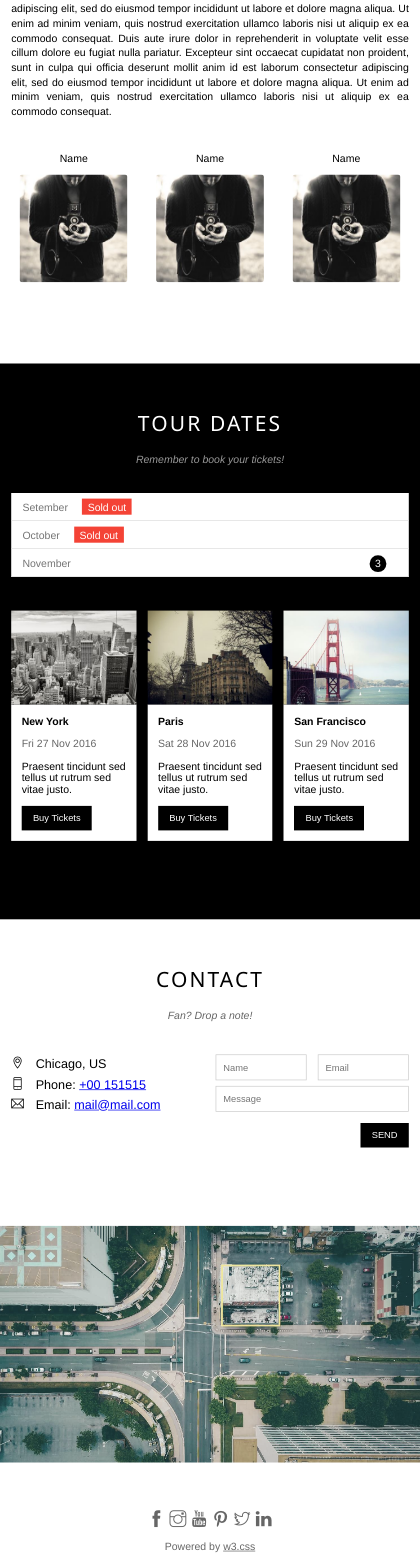
Repository: Lehau79/w3_band
Page: index.html
The author's editor kept a copy of each file at every save. The page is drawn from the files as they stood at one save, then again after the next save.
The browser window is 600 px wide. The pictures show the part of the page from y = 525 to 2765 px (the page is 2807 px tall before and 2760 px after), at 70% of full size.

Above is the page before, as saved 2021-11-21 16:45:35.

### index.html
<!DOCTYPE html>
<html lang="en">
<head>
    <meta charset="UTF-8">
    <meta http-equiv="X-UA-Compatible" content="IE=edge">
    <meta name="viewport" content="width=device-width, initial-scale=1.0">
    <title>THE BAND</title>
    <link rel="icon" href="#" type="image/x-icon" />
    <link rel="stylesheet" href="./assets/css/style.css">
    <link rel="stylesheet" href="./assets/css/responsive.css">
    <link rel="stylesheet" href="/assets/font/themify-icons/themify-icons.css">
</head>
<body>
    <div id="main">
        <div id="header">
            <!-- Beign: Nav -->
            <ul id="nav">
                <li><a href="#">Home</a></li>
                <li><a href="#band">Band</a></li>
                <li><a href="#tour">Tour</a></li>
                <li><a href="#contain">Contact</a></li>
                <li>
                    <a href="#">
                        More
                    <i class="nav-arrow-down ti-angle-down"></i>
                    </a>
                    <ul class="subnav">
                        <li><a href="#">Merchandise</a></li>
                        <li><a href="#">Extras</a></li>
                        <li><a href="#">Media</a></li>
                    </ul>
                </li>
            </ul>
            <!-- End: Nav -->

            <!-- Begin: Search button -->
                <div class="search-btn">
                    <i class="search-icon ti-search"></i>
                </div>
            <!-- End: Search button -->

            <!-- Begin: Mobile-menu-btn -->
            <div id="mobile-menu" class="mobile-menu-btn">
                <i class="menu-icon ti-menu"></i>
            </div>
            <!-- End: Mobile-menu-btn -->

        </div>
            <!-- Begin: Slider-->
        <div id="slider">
            <div class="text-content">
                <h2 class="text-heading">Chicago</h2>
                <div class="text-description">Thank you, Chicago - A night we won't forget.</div>
            </div>
        </div>
            <!-- End: Slider -->

            <!-- Begin: Content-->
        <div id="content">

            <!-- Begin: TheBand Section-->
            <div class="content-section" id="band">
                <h2 class="content-heading">THE BAND</h2>
                <p class="content-sub-heading">We love music</p>
                <p class="about-text">We have created a fictional band website. Lorem ipsum dolor sit amet, consectetur adipiscing elit, sed do eiusmod tempor incididunt ut labore et dolore magna aliqua. Ut enim ad minim veniam, quis nostrud exercitation ullamco laboris nisi ut aliquip ex ea commodo consequat. Duis aute irure dolor in reprehenderit in voluptate velit esse cillum dolore eu fugiat nulla pariatur. Excepteur sint occaecat cupidatat non proident, sunt in culpa qui officia deserunt mollit anim id est laborum consectetur adipiscing elit, sed do eiusmod tempor incididunt ut labore et dolore magna aliqua. Ut enim ad minim veniam, quis nostrud exercitation ullamco laboris nisi ut aliquip ex ea commodo consequat.</p>
                <div class="row members-list">
                    <div class="col col-third s-col-full mt-32 text-center">
                        <p class="member-name">Name</p>
                        <img src="./assets/images/Band/Member1.jpg" alt="LVH" class="member-img">
                    </div>
                    <div class="col col-third s-col-full mt-32 text-center">
                        <p class="member-name">Name</p>
                        <img src="./assets/images/Band/Member1.jpg" alt="LVH" class="member-img">
                    </div>
                    <div class="col col-third s-col-full mt-32 text-center">
                        <p class="member-name">Name</p>
                        <img src="./assets/images/Band/Member1.jpg" alt="LVH" class="member-img">
                    </div>
                </div>
            </div>
            <!--End: TheBand Section-->

            <!-- Begin: Tour Section-->
            <div class="tour-section" id="tour">
                <div class="content-section">
                    <h2 class="content-heading text-white">TOUR DATES</h2>
                    <p class="content-sub-heading text-white">Remember to book your tickets!</p>

                    <ul class="tickets-list">
                        <li>Setember <span class="sold-out">Sold out</span></li>
                        <li>October <span class="sold-out">Sold out</span></li>
                        <li>November <span class="sold-quatity">3</span></li>
                    </ul>

                    <!--Begin :Tour Places Section-->
                    <div class="row place-list">
                        <div class="col col-third s-col-full mt-16">
                            <img src="./assets/images/Places/Place1.jpg" alt="New York" class="place-img">
                            <div class="place-body">
                                <h3 class="place-heading">New York</h3>
                                <p class="place-time">Fri 27 Nov 2016</p>
                                <p class="place-desc">Praesent tincidunt sed tellus ut rutrum sed vitae justo.</p>
                                <button class="btn s-full-width js-buy-ticket">Buy Tickets</button>
                            </div>
                        </div>

                        <div class="col col-third s-col-full mt-16">
                            <img src="./assets/images/Places/Place2.jpg" alt="New York" class="place-img">
                            <div class="place-body">
                                <h3 class="place-heading">Paris</h3>
                                <p class="place-time">Sat 28 Nov 2016</p>
                                <p class="place-desc">Praesent tincidunt sed tellus ut rutrum sed vitae justo.</p>
                                <button class="btn s-full-width js-buy-ticket">Buy Tickets</button>
                            </div>
                        </div>

                        <div class="col col-third s-col-full mt-16">
                            <img src="./assets/images/Places/place3.jpg" alt="New York" class="place-img">
                            <div class="place-body">
                                <h3 class="place-heading">San Francisco</h3>
                                <p class="place-time">Sun 29 Nov 2016</p>
                                <p class="place-desc">Praesent tincidunt sed tellus ut rutrum sed vitae justo.</p>
                                <button class="btn s-full-width js-buy-ticket">Buy Tickets</button>
                            </div>
                        </div>


                    </div>
                    <!--End: Tour Places Section-->
                </div>
            </div>
            <!-- End: Tour Place Section-->


            <!-- Begin: Contact Section-->
            <div class="content-section" id="contain" >
                <h2 class="content-heading">CONTACT</h2>
                <p class="content-sub-heading">Fan? Drop a note!</p>

                <div class="row  contact-content">
                    <div class="col col-half s-col-full contact-info">
                        <p><i class="ti-location-pin"></i> Chicago, US</p>
                        <p><i class="ti-mobile"></i>  Phone: <a href="tel:+00 151515">+00 151515</a></p>
                        <p><i class="ti-email"></i> Email: <a href="mailto:mail@mail.com">mail@mail.com</a></p>

                    </div>
                    <div class="col col-half s-col-full contact-form">
                        <form action="">
                            <div class="row">
                                <div class="col col-half s-col-full">
                                    <input type="text" name="" id="" required class="form-control" placeholder="Name">
                                </div>
                                <div class="col col-half s-col-full s-mt-8">
                                    <input type="email" name="" id="" required class="form-control" placeholder="Email">
                                </div>
                            </div>
                            <div class="row mt-8">
                                <div class="col col-full">
                                    <input type="text" name="" id="" required class="form-control" placeholder="Message">
                                </div>
                            </div>
                            <input class="btn s-full-width mt-16 pull-right" type="submit" value="SEND" />
                        </form>
                    </div>
            </div>
            </div>
            <!-- End: Contact Section-->

            <div class="image-section">
                <img src="./assets/images/Map/map.jpg" alt="Map">
            </div>
        </div>
        <!-- End: Content Section-->

        <!-- Begin: Footer-->
        <div id="footer">
            <div class="socials-list">
                <a href=""><i class="ti-facebook"></i></a>
                <a href=""><i class="ti-instagram"></i></a>
                <a href=""><i class="ti-youtube"></i></a>
                <a href=""><i class="ti-pinterest"></i></a>
                <a href=""><i class="ti-twitter"></i></a>
                <a href=""><i class="ti-linkedin"></i></a>
            </div>
            <p class="copyright">Powered by <a href="">w3.css</a></p>
        </div>
        <!--End :Footer-->
    </div>

    <div class="modal js-modal">
        <div class="modal-container js-modal-container">
            <div class="modal-close js-modal-close">
                <i class="ti-close"></i>
            </div>
            <header class="modal-header">
                <i class="modal-heading-icon ti-bag"></i>
                Tickets
            </header>
            <div class="modal-body">
                <label for="ticket-quality" class="modal-label">
                    <i class="ti-shopping-cart"></i>
                    Tickets, $15 per person
                </label>
                <input type="text"  id="ticket-quality" class="modal-input" placeholder="How many?">

                <label for="ticket-email" class="modal-label">
                    <i class="ti-user"></i>
                    Send to
                </label>
                <input type="email"  id="ticket-email" class="modal-input" placeholder="Enter email ......">

                <button class="buy-tickets">
                    Pay <i class="ti-check"></i>
                </button>
            </div>
            <footer class="modal-footer">
                <p class="modal-help">Need
                    <a href="#">help?</a>
                </p>
            </footer>
        </div>
    </div>
    <script>
        /* Begin: Modal */
        const buyBtns = document.querySelectorAll('.js-buy-ticket')
        const modal = document.querySelector('.js-modal')
        const modalClose = document.querySelector('.js-modal-close')
        const modalContainer = document.querySelector('.js-modal-container')
        function showBuyTickets() {
            modal.classList.add('open')
        }

        function hideBuyTickes() {
            modal.classList.remove('open')
        }

        for(const buyBtn of buyBtns) {
            buyBtn.addEventListener('click',showBuyTickets)
        }

        modalClose.addEventListener('click',hideBuyTickes)

        modal.addEventListener('click',hideBuyTickes)

        modalContainer.addEventListener('click', function (event) {
            event.stopPropagation()
        })
        /* End: Modal */

        /* Đóng mở Mobile Menu */
        var header = document.getElementById('header')
        var mobileMenu = document.getElementById('mobile-menu')
        var headerHeight = header.clientHeight;

        mobileMenu.onclick = function() {
            var isClosed = header.clientHeight === headerHeight ;
            if (isClosed){
                header.style.height = "auto";
            }   else {
                header.style.height = null;
            }
        }

        /* Tự động đóng khi chọn menu */
        var menuItems = document.querySelectorAll('#nav li a[href*="#"]');
        for(var i = 0 ; i < menuItems.length; i++) {
            var menuItem = menuItems[i];

            menuItem.onclick = function(event) {
                var isParentMenu = this.nextElementSibling && this.nextElementSibling.classList.contains('subnav');
                if(isParentMenu){
                    event.preventDefault();
                } else {
                    header.style.height= null;
                }

            }
        }

    </script>
</body>
</html>

### assets/css/style.css
* {
    padding: 0;
    margin: 0;
    box-sizing: border-box;
}

html {
    scroll-behavior: smooth;
    font-family: Helvetica, Arial, sans-serif;
}

/* Common */
.clear {
    clear: both;
}

.text-white {
    color: #fff !important;
}

.text-center {
    text-align: center !important;
}

.pull-right {
    float: right !important;
}

.btn {
    color: #fff;
    background-color: #000;
    padding: 10px 16px;
    text-decoration: none;
    display: inline-block;
    margin-top: 15px;
    border: none;
}

.btn:hover {
    color: #000;
    background-color: #ccc;
    cursor: pointer;
}

.row {
    margin-left: -8px;
    margin-right: -8px;
}

.row::after {
    content: "";
    display: block;
    clear: both;
}
.col {
    float: left;
    padding-left: 8px;
    padding-right: 8px;
}

.col-third {
    width: 33.3333%;
}

.col-half {
    width: 50%;
}

.col-full {
    width: 100%;
}

.mt-8 {
    margin-top: 8px !important;
}
.mt-16 {
    margin-top: 16px !important;
}

/* Main */

#header {
    height: 46px;
    background-color: #000;
    position: fixed;
    top: 0px;
    left: 0px;
    right: 0px;
    z-index: 1;
    overflow: hidden;
}

#nav {
    display: inline-block;
}

#nav , .subnav {
    list-style-type: none;
}

#nav > li {
    display: inline-block;
}
#nav li {
    position: relative;
}
#nav > li > a {
    color: #fff;
    text-transform: uppercase;
}
#nav li a {
    text-decoration: none;
    line-height: 46px;
    padding: 0 24px;
    display: block;
}

#nav li:hover .subnav {
    display: block;
}

#nav > li:hover > a,
#nav .subnav li:hover a {
    color: #000;
    background-color: #ccc;
}

#nav .subnav {
    display: none;
    position: absolute;
    min-width: 160px;
    background-color: #fff;
    top: 100%;
    box-shadow: 0px 0px 10px rgba(0 ,0,0,0.5);
}

#nav .subnav a {
    color: #000;
    padding: 0 12px;
    line-height: 38px;
}
#nav .nav-arrow-down {
    font-size: 14px;
}

#header .mobile-menu-btn {
    position: absolute;
    top: 0;
    right: 0;
    display: none;
}

#header .mobile-menu-btn,
#header .search-btn {
    float: right;
    padding: 0px 21px;
}

#header .search-btn:hover {
    cursor: pointer;
    background-color: #f44336;
}

#header .mobile-menu-btn:hover {
    background-color: #ccc;
}

#header .mobile-menu-btn:hover .menu-icon {
    color: #000;
}

#header .menu-icon,
#header .search-icon {
    color: #fff;
    font-size: 20px;
    line-height: 46px;
}

#slider {
    margin-top: 46px;
    padding-top: 50%;
    background: url('/assets/images/Slider/Slider1.jpg') top center / cover no-repeat;
    position: relative;
}

#slider .text-content {
    position: absolute;
    color: #fff;
    bottom: 47px;
    /** Cach 1 : Canh giua
    width: 100%;
    */
    /** Cach 2 : Canh giua
    left: 0;
    right: 0;
     */
    /** Cach 3: Canh giua */
    left: 50%;
    transform: translateX(-50%);
    text-align: center;
}

#slider .text-heading {
    font-weight: 500;
    font-size: 24px;
}

#slider .text-description {
    font-size: 15px;
    margin-top: 25px;

}


#content .content-section{
    width: 800px;
    max-width: 100%;
    padding: 64px 0px 112px;
    margin-left: auto;
    margin-right: auto;
    padding-left: 16px;
    padding-right: 16px;
}
#content .content-heading{
    text-align: center;
    font-size: 30px;
    font-weight: 400;
    letter-spacing: 3px;
    font-family: 'Segoe UI', Arial,sans-serif;
}
#content .content-sub-heading{
    text-align: center;
    margin-top: 23px;
    opacity: 0.6;
    font-style: italic;
    font-size: 15px;
}
#content .about-text{
    text-align:justify;
    margin: 15px 0px;
    font-size: 15px;
    line-height: 1.4;
}

#content .members-list{
    margin-top: 48px;
}


#content .member-name{
    font-size: 15px;
}

#content .member-img{
    margin-top: 15px;
    width: 154px;
    border-radius: 4px;
}

/** Tour */
.tour-section {
    background-color: #000;
}

.tickets-list {
    margin-top: 40px;
    background-color: #fff;
    font-size: 15px;
}

.tickets-list li {
    padding: 8px 16px;
    color: #757575;
    list-style: none;
    padding: 11px 16px;
    border-bottom: 1px solid #ddd;
}

.tickets-list .sold-out {
    margin-left: 16px;
    background-color: #f44336;
    color: #fff;
    padding: 3px 8px;
}

.tickets-list .sold-quatity {
    float: right;
    height: 24px;
    width: 24px;
    background-color: #000;
    color: #fff;
    border-radius: 50%;
    text-align: center;
    line-height: 24px;
    margin-top: -2px;
    margin-right: 16px;
}
/* Place */
.place-list {
    margin-top: 32px;
}


.place-img {
    width: 100%;
    display: block;
}

.place-img:hover {
    opacity: 0.6;
}

.place-body {
    background-color: #fff;
    font-size: 15px;
    padding: 15px;
}

.place-heading {
    font-size: 15px;
    font-weight: 600;
}

.place-time {
    margin-top: 15px;
    opacity: 0.6;
}

.place-desc {
    margin-top: 15px;
}


/* Contact from*/
.contact-content {
    margin-top: 48px;
}

.contact-info {
    font-size: 18px;
    line-height: 1.6;
}

.contact-info i[class*="ti-"] {
    width:30px;
    display: inline-block;
}

.contact-form {
    font-size: 15px;
}

.contact-form .form-control {
    padding: 10px;
    border: 1px solid #ccc;
    width: 100%;
}

.image-section img {
    width: 100%;
    filter: grayscale(50%);
}

#footer {
   padding: 64px 16px;
   text-align: center;
}

#footer .socials-list {
    font-size: 24px;

}

#footer .socials-list a {
    text-decoration: none;
    color: rgba(0 ,0,0,0.6);
}
#footer .copyright a:hover,
#footer .socials-list a:hover {
    color: rgba(0 ,0,0,0.4);
}

#footer .copyright {
    font-size: 15px;
    color: rgba(0 ,0,0,0.6);
    margin-top: 15px;
}

#footer .copyright a {
    color: rgba(0 ,0,0,0.6);
}

/* Modal */
.modal {
    position: fixed;
    top: 0;
    right: 0;
    left: 0;
    bottom: 0;
    background-color: rgba(0 ,0,0,0.5);
    align-items: center;
    justify-content: center;
    display: none;
}

.modal.open {
    display: flex;
}
.modal-container {
    background-color: #fff;
    width: 900px;
    max-width: calc( 100% - 32px );
    min-height: 200px;
    position: relative;
    animation: modalFadeIn ease 0.6s;
}

.modal-header {
    background: #009688;
    height: 130px;
    display: flex;
    align-items: center;
    justify-content: center;
    font-size: 30px;
    color: #fff;
}
.modal-close {
    position: absolute;
    right: 0;
    top: 0;
    color: #fff;
    padding: 12px;
}

.modal-close:hover {
    color:#000;
    background-color: #ccc;
    cursor: pointer;
}

.modal-heading-icon {
    margin-right: 16px;
}

.modal-body {
    padding: 16px;
}

.modal-label {
    display: block;
    font-size: 15px;
    margin-bottom: 12px;
}

.modal-input {
    border: 1px solid #ccc;
    width: 100%;
    padding: 10px;
    font-size: 15px;
    margin-bottom: 24px;
}

.buy-tickets {
    background: #009688;
    color: #fff;
    border: none;
    font-size: 15px;
    width: 100%;
    text-transform: uppercase;
    padding: 18px;
}

.buy-tickets:hover {
    opacity: 0.9;
    cursor: pointer;
}
.modal-footer {
    padding: 16px;
    text-align: right;

}

.modal-footer a {
    color: #2196F3;
}

@keyframes modalFadeIn {
    from {
        transform: translateY(-130px);
        opacity: 0;
    }
    to {
        opacity: 1;
        transform: translateY(0px);
    }
}

### assets/css/responsive.css
/* PC */
@media (min-width:1024px) {

}

/* Tablet */

@media (min-width:740px) and (max-width:1023px) {

}

/* Mobile */
@media (max-width:740px) {
    #header {
        overflow: hidden;
    }

    #header .mobile-menu-btn {
        display: block;
    }

    #header .search-btn {
        display: none;
    }

    #nav {
        display: block;
    }

    #nav li a {
        padding: 1px 24px;
    }

    #nav > li {
        display: block;
    }

    #nav >li:first-child {
        display: inline-block;
    }

    #nav .subnav {
        position: initial;
        background-color: #000;
    }

    #nav .subnav a {
        padding: 5px 41px;
        color: #fff;
    }

    #content .member-item {
        margin-top: 30px;
        width: 100%;
    }

}

Loaded but not shown: assets/font/themify-icons/themify-icons.css (common file)

After the next save:
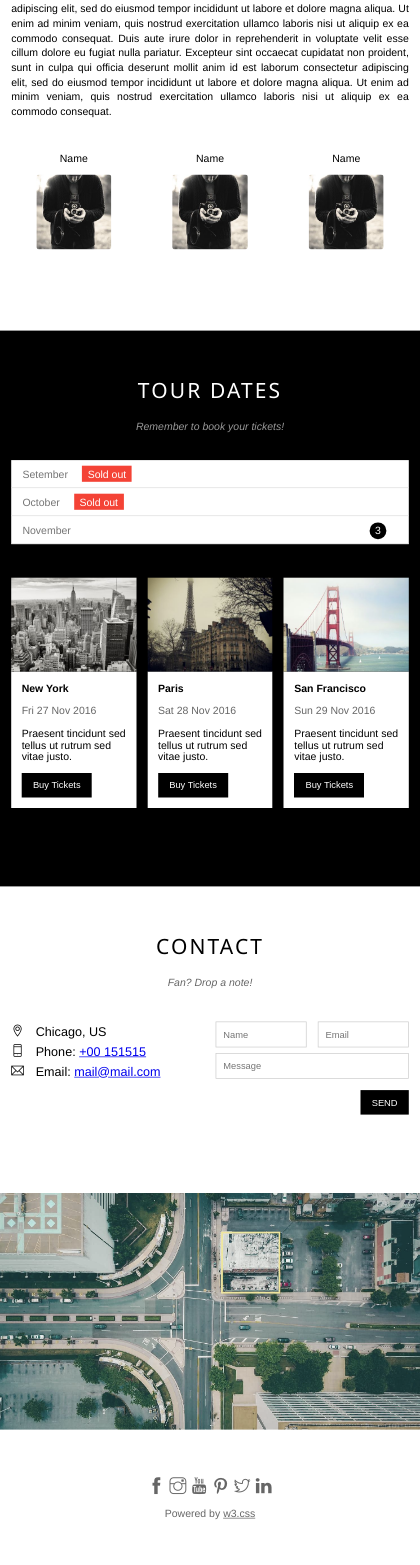
Saved 72 s later.
--- a/assets/css/responsive.css
+++ b/assets/css/responsive.css
@@ -54,4 +54,8 @@
         width: 100%;
     }
 
+    #content .member-img {
+        width: 60%;
+    }
+
 }
